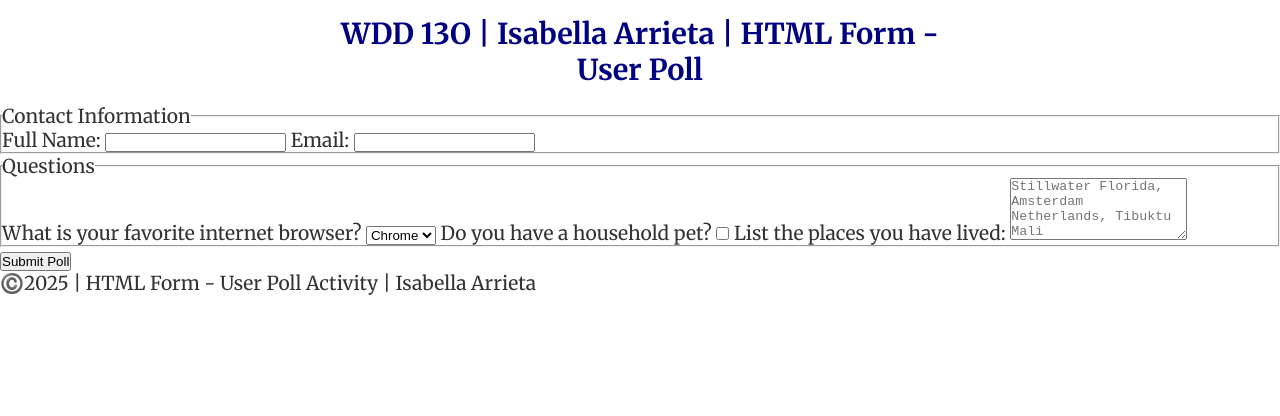
Repository: isaAJ05/wdd130
Page: week05/poll-form.html
The author's editor kept a copy of each file at every save. The page is drawn from the files as they stood at one save, then again after a run of saves.
The browser window is 1280 px wide. The pictures show the whole page.

Above is the page before, as saved 2025-06-14 18:35:23.

### week05/poll-form.html
<!DOCTYPE html>
<html lang="en-us">
<head>
    <meta charset="UTF-8">
    <meta name="viewport" content="width=device-width, initial-scale=1.0">
    <title>WDD 130 | HTML Form - User Poll</title>
    <meta name="description" content="Poll form">
    <meta name="author" content="Isabella Arrieta">
    <link rel="stylesheet" href="styles/poll-form.css">
    <link rel="preconnect" href="https://fonts.googleapis.com">
    <link rel="preconnect" href="https://fonts.gstatic.com" crossorigin>
    <link href="https://fonts.googleapis.com/css2?family=Merriweather:wght@400;700&family=Roboto:wght@400;700&display=swap" rel="stylesheet">
</head>
<body>
    <header>
        <h1>WDD 13O | Isabella Arrieta | HTML Form - User Poll</h1>
    </header>
    <main>
        <form>
            <fieldset>
                <legend>Contact Information</legend>
                <label>Full Name: <input type="text" name="fullname"></label>
                <label>Email: <input type="email" id="useremail" name="useremail"></label>
            </fieldset>
            <fieldset>
                <legend>Questions</legend>
                <label for="browser">What is your favorite internet browser?</label>
                <select id="browser" name="browser">
                    <option value="chrome">Chrome</option>
                    <option value="firefox">Firefox</option>
                    <option value="safari">Safari</option>
                    <option value="edge">Edge</option>
                    <option value="brave">Brave</option>
                    <option value="other">Other</option>
                </select>
                <label for="pet">Do you have a household pet?</label>
                <input type="checkbox" id="pet" name="pet">
                <label for="feedback">List the places you have lived:</label>
                <textarea id="feedback" name="feedback" rows="4" placeholder="Stillwater Florida, Amsterdam Netherlands, Tibuktu Mali"></textarea>
            </fieldset>
            <button type="submit">Submit Poll</button>
        </form>
    </main>
    <footer>
        <p>©️2025 | HTML Form - User Poll Activity | Isabella Arrieta</p>

    </footer>
</body>
</html>

### week05/styles/poll-form.css
* {
    margin: 0;
    padding: 0;
    box-sizing: border-box;
}
body {
    font-family: Merriweather, Georgia, serif;
    font-size: 1.2em;
    color: #333;
    background: #fff;
}
header{
    margin: 0 auto;
    width: 650px;
}
h1{
    margin: 1rem;
    font-size: 1.5em;
    color: navy;
    text-align: center;
}

After the next 3 saves:
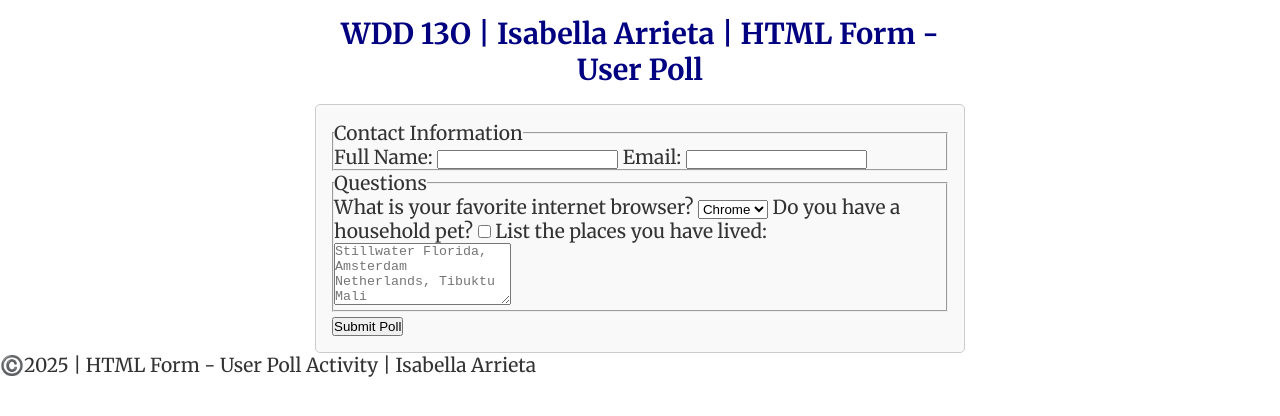
The 3 saves are shown as one change because they came seconds apart.
The last was saved 18 s later.
--- a/week05/styles/poll-form.css
+++ b/week05/styles/poll-form.css
@@ -19,3 +19,11 @@ h1{
     color: navy;
     text-align: center;
 }
+form {
+    margin: 0 auto;
+    width: 650px;
+    padding: 1rem;
+    border: 1px solid #ccc;
+    border-radius: 5px;
+    background-color: #f9f9f9;
+}
